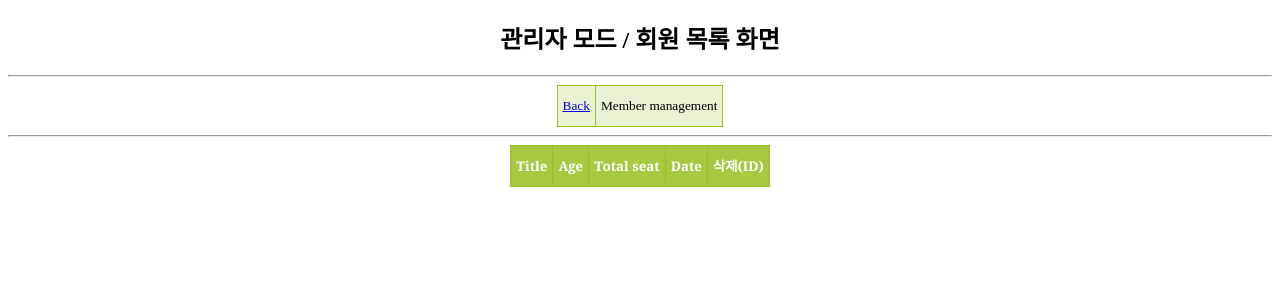
Repository: lmcoa15/Movie
Page: http://localhost/movie/admin/admin_Member_management.jsp
An editor plug-in stored every save of this project. The page is shown before and after the next save, followed by the edit.
The browser window is 1280 px wide. The pictures show the whole page.
The page is served by Tomcat 9. Other server files are loaded and not shown.

Above is the page before, as saved 2015-12-08 13:01:37.

### workspace/movie/WebContent/admin/admin_Member_management.jsp
<%@ page language="java" pageEncoding="UTF-8" contentType="text/html; charset=UTF-8"
 import="java.util.*,movie.admin.*"%>

<jsp:useBean id="datas" scope="request" class="java.util.ArrayList" />
<jsp:setProperty name="datas" property="*" />
<!DOCTYPE html PUBLIC "-//W3C//DTD HTML 4.01 Transitional//EN" "http://www.w3.org/TR/html4/loose.dtd">

<html>
<head>
<link rel="stylesheet" href="../css/movie_list_css.css" type="text/css" media="screen" />
<meta http-equiv="Content-Type" content="text/html; charset=UTF-8">
<title>관리자 모드 / 회원 목록 화면</title>
</head>
<body>

<div align="center">
<h2> 관리자 모드 / 회원 목록 화면 </h2>
<hr>
<form>
<table border="1">
<tr><td><a href="admin_mode.jsp">Back</a> </td>
<td>Member management</td>
</tr>
</table>
</form>

<hr>
<form name=form1 method=post  action=film_control.jsp>


<table border="1">
	<tr><th>Title</th><th>Age</th>
	<th>Total seat</th><th>Date</th>
	<th>삭제(ID)</th>
	</tr>

	<%
		//String id
		for(film ab:(ArrayList<film>) datas){
	%>
	<tr>
	<td><%=ab.getName_film() %></td>
	<td><%=ab.getAge_phase() %></td>
	<td><%=ab.getSeat_num() %></td>
	<td><%=ab.getWatch_date() %></td>

	<input type=hidden name="action" value="delete">
 	<td><input type=Submit name="id_film" value="<%=ab.getId_film() %>"></td>

	</tr>
	<%
		}
	%>
</table>
</form>
</div>


</body>
</html>

### workspace/movie/WebContent/css/movie_list_css.css
@charset "utf-8";

table{
		width:auto;
		border-collapse:collapse;
		text-align:center;
}

td,th{
		font-size:10pt;
		border:1px solid #98bf21;
		height:30px;
		padding:5px;
}

th{
		background-color:#A7C942;
		color:#ffffff;
		font-family:Georgia;
}

tr td{
		color:#000000;
		background-color:#EAF2D3;
}
input {
		height:25px;
		width:200px;
}
img {
	width:70px;
	height:70px;
}
input [type="submit"],[type="reset"],[type="button"]{
	height:25px;
	width:80px;
}

After the next save:
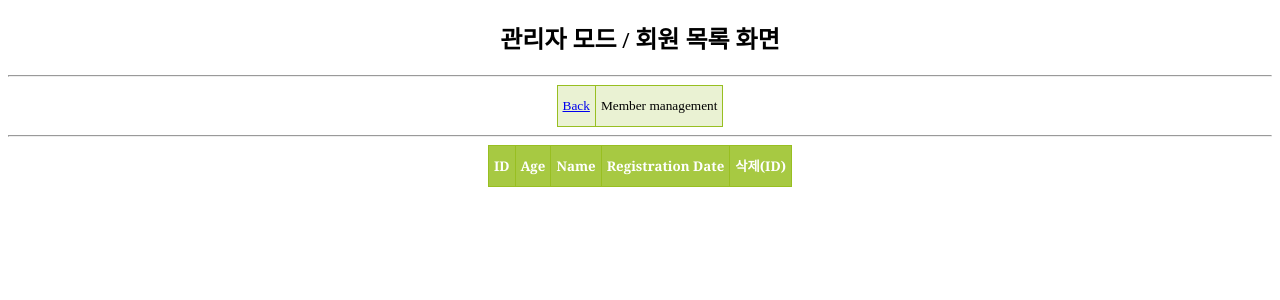
Saved 110 s later.
--- a/workspace/movie/WebContent/admin/admin_Member_management.jsp
+++ b/workspace/movie/WebContent/admin/admin_Member_management.jsp
@@ -1,5 +1,5 @@
 <%@ page language="java" pageEncoding="UTF-8" contentType="text/html; charset=UTF-8"
- import="java.util.*,movie.admin.*"%>
+ import="java.util.*,movie.admin.*" %>
 
 <jsp:useBean id="datas" scope="request" class="java.util.ArrayList" />
 <jsp:setProperty name="datas" property="*" />
@@ -25,12 +25,11 @@
 </form>
 
 <hr>
-<form name=form1 method=post  action=film_control.jsp>
-
+<form name=form1 method=post  action="../user/membership_control.jsp">
 
 <table border="1">
-	<tr><th>Title</th><th>Age</th>
-	<th>Total seat</th><th>Date</th>
+	<tr><th>ID</th><th>Age</th>
+	<th>Name</th><th>Registration Date</th>
 	<th>삭제(ID)</th>
 	</tr>
 
